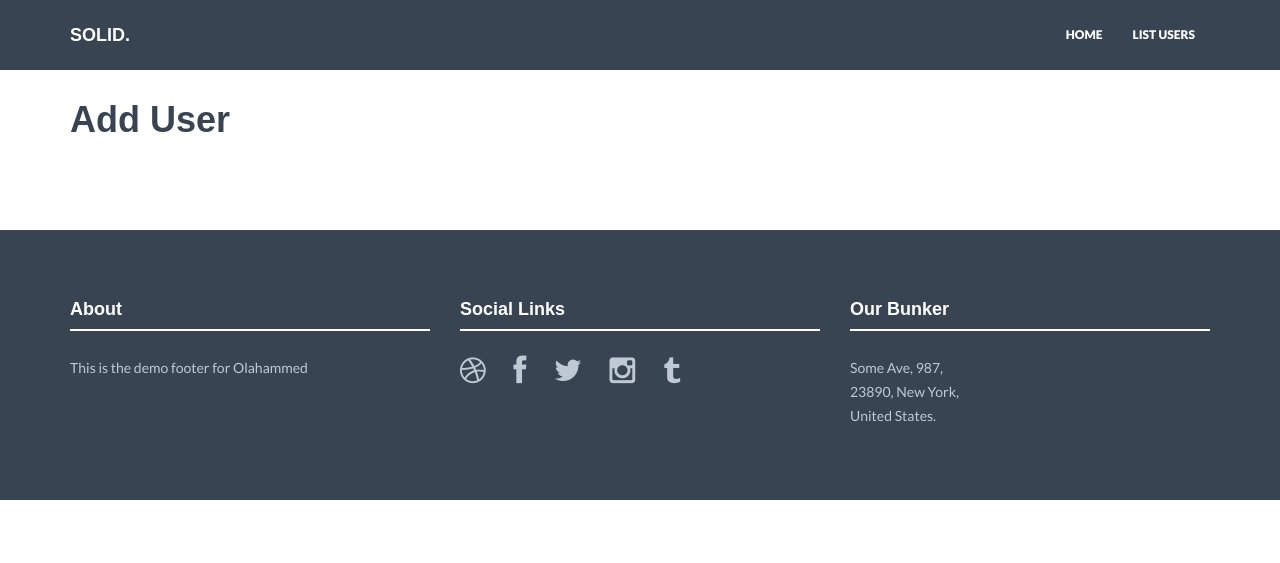
Repository: RedOx98/eclipse-workspace
Page: http://localhost/SessionsContinued/adduser.jsp
These files come from the project's save history. The page is drawn as it stood at one moment and after the next save; the edit follows.
The browser window is 1280 px wide. The pictures show the whole page.
Some web fonts or font styles are not loaded; a fallback is used. Some web libraries are served in a nearby version. The page is served by Tomcat 10. Other server files are loaded and not shown. The template is opened directly, without the code that normally fills it, so the values that code supplies are empty.

Above is the page before, as saved 2024-05-29 06:17:09.

### SessionsContinued/src/main/webapp/adduser.jsp


<jsp:include page="include/header.jsp"/>

<h1>Add User</h1>

<form action="${pageContext.request.contextPath} }/home" method="post">
</form>



<jsp:include page="include/footer.jsp"/>

### SessionsContinued/src/main/webapp/include/header.jsp
<!DOCTYPE html>
<html lang="en">
  <head>
    <meta charset="utf-8">

    <%-- ${param.titlePage} --%>
    <%

    if(request.getAttribute("title") == null){
    	out.print(" <title>Homepage</title>");
    } else{
    	out.print("<title>"+request.getAttribute("title")+"</title>");
    };

    %>

    <meta http-equiv="X-UA-Compatible" content="IE=edge">
    <meta name="viewport" content="width=device-width, initial-scale=1">
    <meta name="description" content="">
    <meta name="author" content="">
    <link rel="shortcut icon" href="assets/ico/favicon.ico">

    <!-- Bootstrap core CSS -->
    <link href="assets/css/bootstrap.css" rel="stylesheet">

    <!-- Custom styles for this template -->
    <link href="assets/css/style.css" rel="stylesheet">
    <link href="assets/css/font-awesome.min.css" rel="stylesheet">


    <!-- Just for debugging purposes. Don't actually copy this line! -->
    <!--[if lt IE 9]><script src="../../assets/js/ie8-responsive-file-warning.js"></script><![endif]-->

    <!-- HTML5 shim and Respond.js IE8 support of HTML5 elements and media queries -->
    <!--[if lt IE 9]>
      <script src="https://oss.maxcdn.com/libs/html5shiv/3.7.0/html5shiv.js"></script>
      <script src="https://oss.maxcdn.com/libs/respond.js/1.4.2/respond.min.js"></script>
    <![endif]-->

    <script src="assets/js/modernizr.js"></script>
  </head>

  <body>

    <!-- Fixed navbar -->
    <div class="navbar navbar-default navbar-fixed-top" role="navigation">
      <div class="container">
        <div class="navbar-header">
          <button type="button" class="navbar-toggle" data-toggle="collapse" data-target=".navbar-collapse">
            <span class="sr-only">Toggle navigation</span>
            <span class="icon-bar"></span>
            <span class="icon-bar"></span>
            <span class="icon-bar"></span>
          </button>
          <a class="navbar-brand" href="index.html">SOLID.</a>
        </div>
        <div class="navbar-collapse collapse navbar-right">
          <ul class="nav navbar-nav">
            <li><a href="<%=request.getContextPath()%>/home?page=home">HOME</a></li>
            <li><a href="<%=request.getContextPath()%>/home?page=listusers">LIST USERS</a></li>
            <!-- <li class="dropdown">
              <a href="#" class="dropdown-toggle" data-toggle="dropdown">PAGES <b class="caret"></b></a>
              <ul class="dropdown-menu">
                <li><a href="blog.html">BLOG</a></li>
                <li><a href="single-post.html">SINGLE POST</a></li>
                <li><a href="portfolio.html">PORTFOLIO</a></li>
                <li><a href="single-project.html">SINGLE PROJECT</a></li>
              </ul>
            </li> -->
          </ul>
        </div><!--/.nav-collapse -->
      </div>
    </div>




	 <div class="container mtb">
	 	<div class="row">
	 		<div class="col-lg-8">

### SessionsContinued/src/main/webapp/include/footer.jsp
</div>
</div>
</div>


	 <div id="footerwrap">
        <div class="container">
            <div class="row">
                <div class="col-lg-4">
                    <h4>About</h4>
                    <div class="hline-w"></div>
                    <p>This is the demo footer for Olahammed</p>
                </div>
                <div class="col-lg-4">
                    <h4>Social Links</h4>
                    <div class="hline-w"></div>
                    <p>
                        <a href="#"><i class="fa fa-dribbble"></i></a>
                        <a href="#"><i class="fa fa-facebook"></i></a>
                        <a href="#"><i class="fa fa-twitter"></i></a>
                        <a href="#"><i class="fa fa-instagram"></i></a>
                        <a href="#"><i class="fa fa-tumblr"></i></a>
                    </p>
                </div>
                <div class="col-lg-4">
                    <h4>Our Bunker</h4>
                    <div class="hline-w"></div>
                    <p>
                        Some Ave, 987,<br/>
                        23890, New York,<br/>
                        United States.<br/>
                    </p>
                </div>

            </div><! --/row -->
        </div><! --/container -->
    </div><! --/footerwrap -->

   <script src="https://ajax.googleapis.com/ajax/libs/jquery/1.11.0/jquery.min.js"></script>
   <script src="assets/js/bootstrap.min.js"></script>
   <script src="assets/js/retina-1.1.0.js"></script>
   <script src="assets/js/jquery.hoverdir.js"></script>
   <script src="assets/js/jquery.hoverex.min.js"></script>
   <script src="assets/js/jquery.prettyPhoto.js"></script>
     <script src="assets/js/jquery.isotope.min.js"></script>
     <script src="assets/js/custom.js"></script>


 </body>
</html>

### SessionsContinued/src/main/webapp/assets/css/style.css
/*	################################################################

	Author: Carlos Alvarez
	URL: http://alvarez.is

	Project Name: SOLID - Bootstrap 3 Theme
	Version: 1.0
	URL: http://alvarez.is

################################################################# */
@import url(http://fonts.googleapis.com/css?family=Raleway:400,700,900);
@import url(http://fonts.googleapis.com/css?family=Lato:400,900);
@import url("prettyPhoto.css") screen;
@import url("hoverex-all.css") screen;

/*	################################################################
	1. GENERAL STRUCTURES
################################################################# */
	* {
		margin: 0;
		padding: 0px;
	}

body {
	background: #ffffff;
	margin: 0;
	height: 100%;
	color: #384452;
	font-family: 'Lato', sans-serif;
	font-weight: 400;
	}

h1, h2, h3, h4, h5, h6 {
	font-family: 'Raleway', sans-serif;
	font-weight: 700;
}

p {
	padding: 0;
	margin-bottom: 12px;
	font-family: 'Lato', sans-serif;
	font-weight: 400;
	font-size: 14px;
	line-height: 24px;
	color: #384452;
	margin-top: 10px;
}

img {
	height: auto;
	max-width: 100%;
}

a {
	padding: 0;
	margin: 0;
	text-decoration: none;
	-webkit-transition: background-color .4s linear, color .4s linear;
	-moz-transition: background-color .4s linear, color .4s linear;
	-o-transition: background-color .4s linear, color .4s linear;
	-ms-transition: background-color .4s linear, color .4s linear;
	transition: background-color .4s linear, color .4s linear;
}
a:hover,
a:focus {
  text-decoration: none;
  color:#01b2fe;
}

::-moz-selection  {
	color: #fff;
	text-shadow:none;
	background:#2B2E31;
}
::selection {
	color: #fff;
	text-shadow:none;
	background:#2B2E31;
}

.centered {
	text-align: center
}

/*	################################################################
	BOOTSTRAP MODIFICATIONS & TWEAKS
################################################################# */
.navbar {
	min-height: 70px;
	padding-top: 10px;
	margin-bottom: 0px;
}

.navbar-brand {
	font-family: 'Raleway', sans-serif;
	font-weight: 900;
}

.navbar-header .navbar-brand {
	color: white;
}

.navbar-default .navbar-nav > li > a {
	color: white;
	font-weight: 700;
	font-size: 12px;
}

.navbar-default .navbar-nav > li > a:hover {
	color: #00b3fe;
}

.navbar-default .navbar-nav > .active > a, .navbar-default .navbar-nav > .active > a:hover, .navbar-default .navbar-nav > .active > a:focus {
	color: #00b3fe;
	background-color: transparent;
}

.navbar-default {
	background-color: #384452;
	border-color: transparent;
}

.dropdown-menu {
	background: #384452;
}

.dropdown-menu > li > a {
	color: white;
	font-weight: 700;
	font-size: 12px;
}

.btn-theme {
  color: #fff;
  background-color: #384452;
  border-color: #384452;
  margin: 4px;
}
.btn-theme:hover,
.btn-theme:focus,
.btn-theme:active,
.btn-theme.active,
.open .dropdown-toggle.btn-theme {
  color: #fff;
  background-color: #00b3fe;
  border-color: #00b3fe;
}

.dmbutton:hover,
.dmbutton:active,
.dmbutton:focus{
	color: #ffffff;
	background-color: #222222;
	border-color: #ffffff;
}
.dmbutton {
	background:rgba(0, 0, 0, 0);
	border: 1px solid #ffffff;
	color: #ffffff;
	-webkit-border-radius: 2px;
	border-radius: 2px;
	padding-top: 1.025rem;
	padding-right: 2.25rem;
	letter-spacing:0.85px;
	padding-bottom: 1.0875rem;
	padding-left: 2.25rem;
	font-size: 1.55rem;
	cursor: pointer;
	font-weight: normal;
	line-height: normal;
	margin: 0 0 1.25rem;
	text-decoration: none;
	text-align: center;
	display: inline-block;
	-webkit-transition: background-color 300ms ease-out;
	-moz-transition: background-color 300ms ease-out;
	transition: background-color 300ms ease-out;
	-webkit-appearance: none;
	font-weight: normal !important;
}

.mtb {
	margin-top: 80px;
	margin-bottom: 80px;
}

.mb {
	margin-bottom: 60px;
}

.mt {
	margin-top: 60px;
}

.hline {
	border-bottom: 2px solid #384452;
}

.hline-w {
	border-bottom: 2px solid #ffffff;
	margin-bottom: 25px;
}
/*	################################################################
	SITE WRAPS
################################################################# */

#headerwrap {
	background-color: #00b3fe;
	min-height: 550px;
	padding-top: 100px;
	padding-bottom: 0px;
	text-align: center;
}

#headerwrap h3, h5 {
	color: white;
	font-weight: 400;
}

#headerwrap h1 {
	color: white;
	margin-bottom: 25px;
}

#headerwrap .img-responsive {
	margin: 0 auto;
}

/* Services Wrap */
#service {
	margin-top: 100px;
	margin-bottom: 80px;
}

#service i {
	color: #00b3fe;
	font-size: 60px;
	padding: 15px;
}

/* Portfolio Wrap */
#portfoliowrap {
	padding-top: 60px;
	margin-bottom: 60px;
	display: block;
	text-align: center
}

#portfoliowrap h3 {
	margin-bottom: 25px;
}

.portfolio {
	padding:0 !important;
	margin:0 !important;
	display:block;
}


.portfolio-item .title:before {border-radius:0; display:none}
.portfolio-item p {margin:0px 0 30px;}
.portfolio-item h3 {margin:-10px 0 10px; font-size:16px; text-transform:uppercase;}


.tpl6 h3
{
	color:#fff;
	margin:0;
	padding:40px 5px 0;
	font-size:16px;
	text-transform:uppercase;
}
.tpl6 .dmbutton
{
	display:inline-block;
	margin:30px 5px 20px 5px;
	font-size:13px;
}

.tpl6 .bg
{
	height:100%;
	width:100%;
	background-color:#00b3fe;
	background-color:rgba(0,179,254,.9);
	text-align:center;
}

/* Testimonials Wrap */
#twrap {
	background: url(../img/t-back.jpg) no-repeat center top;
	margin-top: 0px;
	padding-top:60px;
	text-align:center;
	background-attachment: relative;
	background-position: center center;
	min-height: 450px;
	width: 100%;

    -webkit-background-size: 100%;
    -moz-background-size: 100%;
    -o-background-size: 100%;
    background-size: 100%;

    -webkit-background-size: cover;
    -moz-background-size: cover;
    -o-background-size: cover;
    background-size: cover;
}

#twrap i {
	font-size: 50px;
	color: white;
	margin-bottom: 25px;
}

#twrap p {
	color: white;
	font-size: 15px;
	line-height: 30px;
}

/* clients logo */
#cwrap {
	background: #f7f7f7;
	margin-top: 0px;
	padding-top: 80px;
	padding-bottom: 100px;
}

#cwrap h3 {
	margin-bottom: 60px;
}

/* Footer */
#footerwrap {
	padding-top: 60px;
	padding-bottom: 60px;
	background: #384452;
}

#footerwrap p {
	color: #bfc9d3;
}

#footerwrap h4 {
	color: white;
}

#footerwrap i {
	font-size: 30px;
	color: #bfc9d3;
	padding-right: 25px;
}

#footerwrap i:hover {
	color: #00b3fe
}

/*	################################################################
	PAGE CONFIGURATIONS
################################################################# */
/* General Tweaks */

#blue {
	background: #00b3fe;
	margin-top: 60px;
	margin-bottom: 60px;
	padding-top: 25px;
	padding-bottom: 25px;
}

#blue h3 {
	color: white;
	margin-left: 15px;
}

.ctitle {
	color: #00b3fe;
	font-weight: 700;
	margin-bottom: 15px;
}

csmall {
	font-size: 12px;
	color: #b3b3b3;
}
csmall2 {
	font-size: 12px;
	color: #f39c12
}

.spacing {
	margin-top: 40px;
	margin-bottom: 40px;
}

.badge-theme {
	background: #00b3fe;
}

/* Contact Page */
#contactwrap {
	background: url(../img/contact.jpg) no-repeat center top;
	margin-top: -60px;
	padding-top:0px;
	text-align:center;
	background-attachment: relative;
	background-position: center center;
	min-height: 400px;
	width: 100%;

    -webkit-background-size: 100%;
    -moz-background-size: 100%;
    -o-background-size: 100%;
    background-size: 100%;

    -webkit-background-size: cover;
    -moz-background-size: cover;
    -o-background-size: cover;
    background-size: cover;
}

/* Blog Page */
.popular-posts {
	margin: 0px;
	padding-left: 0px;
	}

.popular-posts li {
	list-style: none;
	margin-bottom: 20px;
	min-height: 70px;
}
.popular-posts li a,
.popular-posts li a:hover {
	color:#2f2f2f;
	text-decoration: none;
	}

.popular-posts li img {
	float: left;
	margin-right: 20px;
	}

.popular-posts li em {
	font-family: 'Lato', sans-serif;
	font-size: 12px;
	color: #b3b3b3
	}

.popular-posts p {
	line-height: normal;
	margin-bottom: auto;
}

.share i {
	padding-right: 15px;
	font-size: 18px;
}

Loaded but not shown: SessionsContinued/src/main/webapp/assets/css/bootstrap.css (library); SessionsContinued/src/main/webapp/assets/css/font-awesome.min.css (library); SessionsContinued/src/main/webapp/assets/js/bootstrap.min.js (library); SessionsContinued/src/main/webapp/assets/js/jquery.hoverdir.js (library); SessionsContinued/src/main/webapp/assets/js/jquery.hoverex.min.js (library); SessionsContinued/src/main/webapp/assets/js/jquery.prettyPhoto.js (library); SessionsContinued/src/main/webapp/assets/js/jquery.isotope.min.js (library); SessionsContinued/src/main/webapp/assets/js/custom.js (common file); SessionsContinued/src/main/webapp/assets/js/retina-1.1.0.js (151 lines, source omitted); SessionsContinued/src/main/webapp/assets/css/hoverex-all.css (2838 lines, source omitted); SessionsContinued/src/main/webapp/assets/css/prettyPhoto.css (170 lines, source omitted)

After the next save:
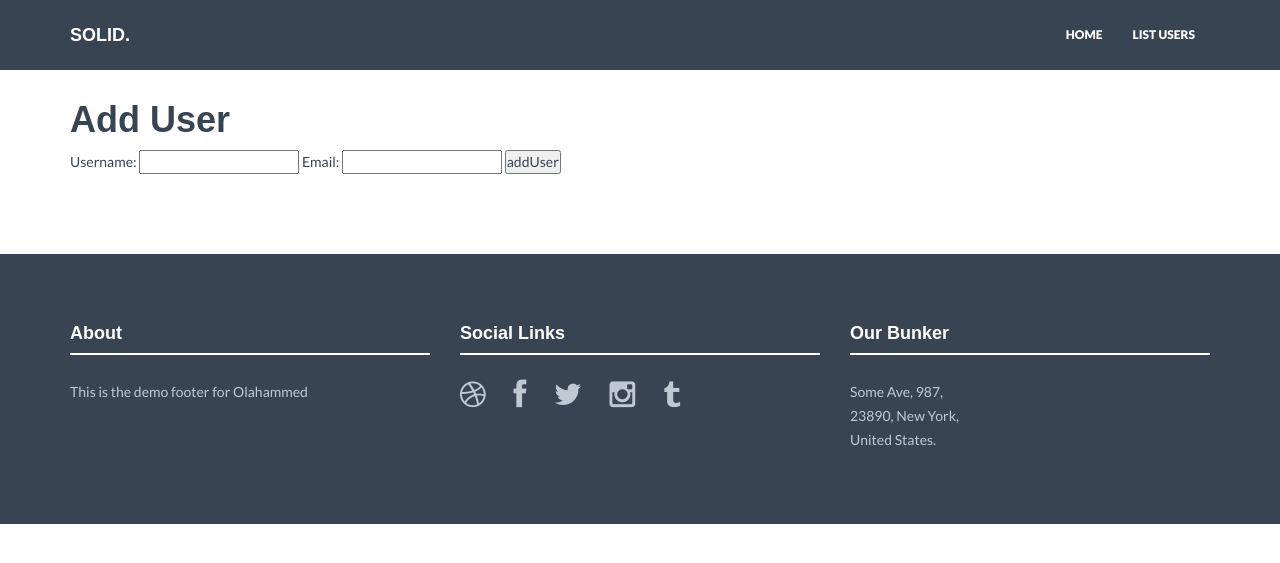
Saved 15 min 17 s later.
--- a/SessionsContinued/src/main/webapp/adduser.jsp
+++ b/SessionsContinued/src/main/webapp/adduser.jsp
@@ -4,9 +4,12 @@
 
 <h1>Add User</h1>
 
-<form action="${pageContext.request.contextPath} }/home" method="post">
+<form action="${ pageContext.request.contextPath}/site" method="post">
+
+Username: <input type="text" name="username" required="required"/>
+Email: <input type="email" name="email" required="required"/>
+<input type="hidden" name="form" value="addUserOperation"/>
+<input type="submit" value="addUser"/>
 </form>
 
-
-
-<jsp:include page="include/footer.jsp"/>
+<jsp:include page="include/footer.jsp" />
